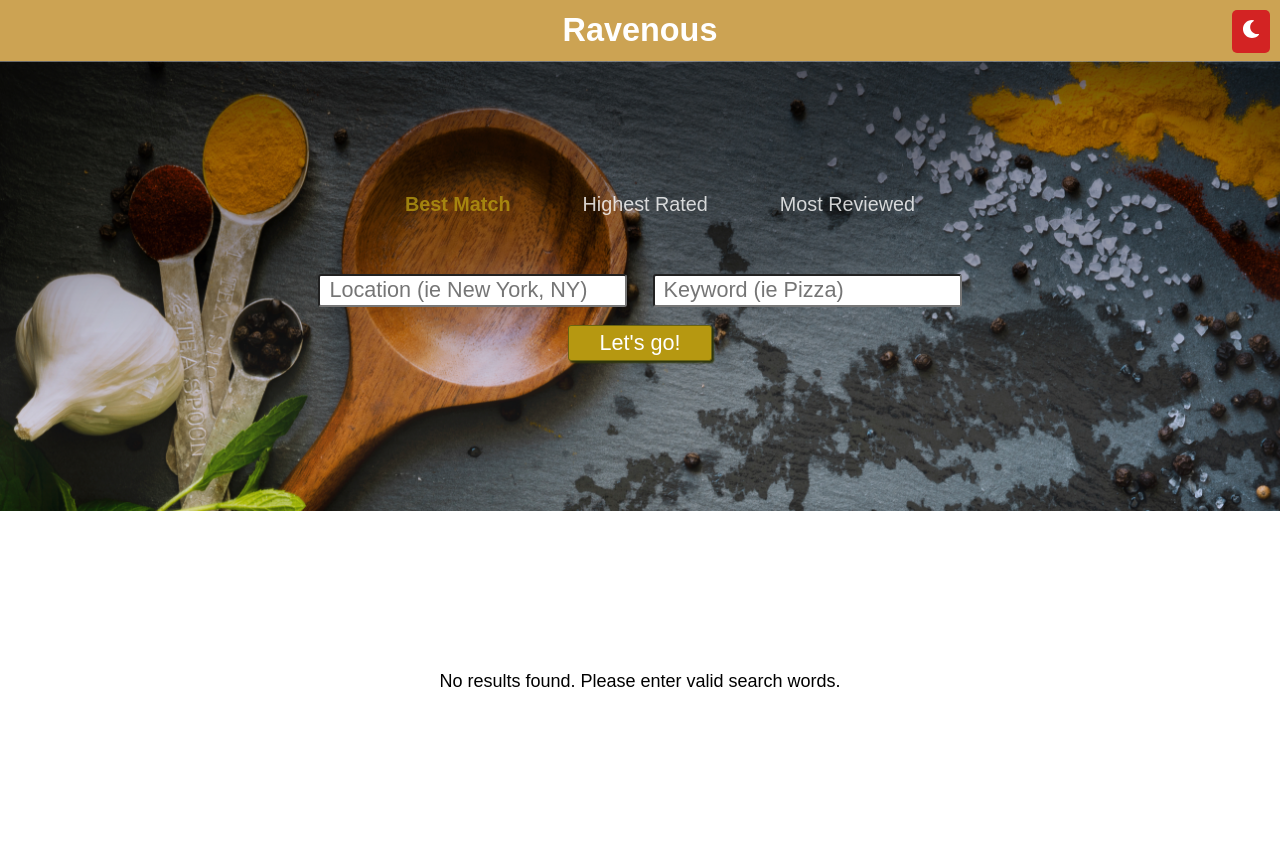
Repository: LolaSL/Ravenous
Page: /
The author's editor kept a copy of each file at every save. The page is drawn from the files as they stood at one save, then again after a run of saves.
The browser window is 1280 px wide. The pictures show the whole page.
The page's requests for data from a server got no answer. The project was rebuilt for these pictures with package versions that can differ from the ones it lists, and the page was loaded fresh each time. No one was signed in, and anything a server would have sent is missing. Also part of the build but not shown: src/Business/Business.js.

Above is the page before, as saved 2024-03-24 12:57:36.

After the next 2 saves:
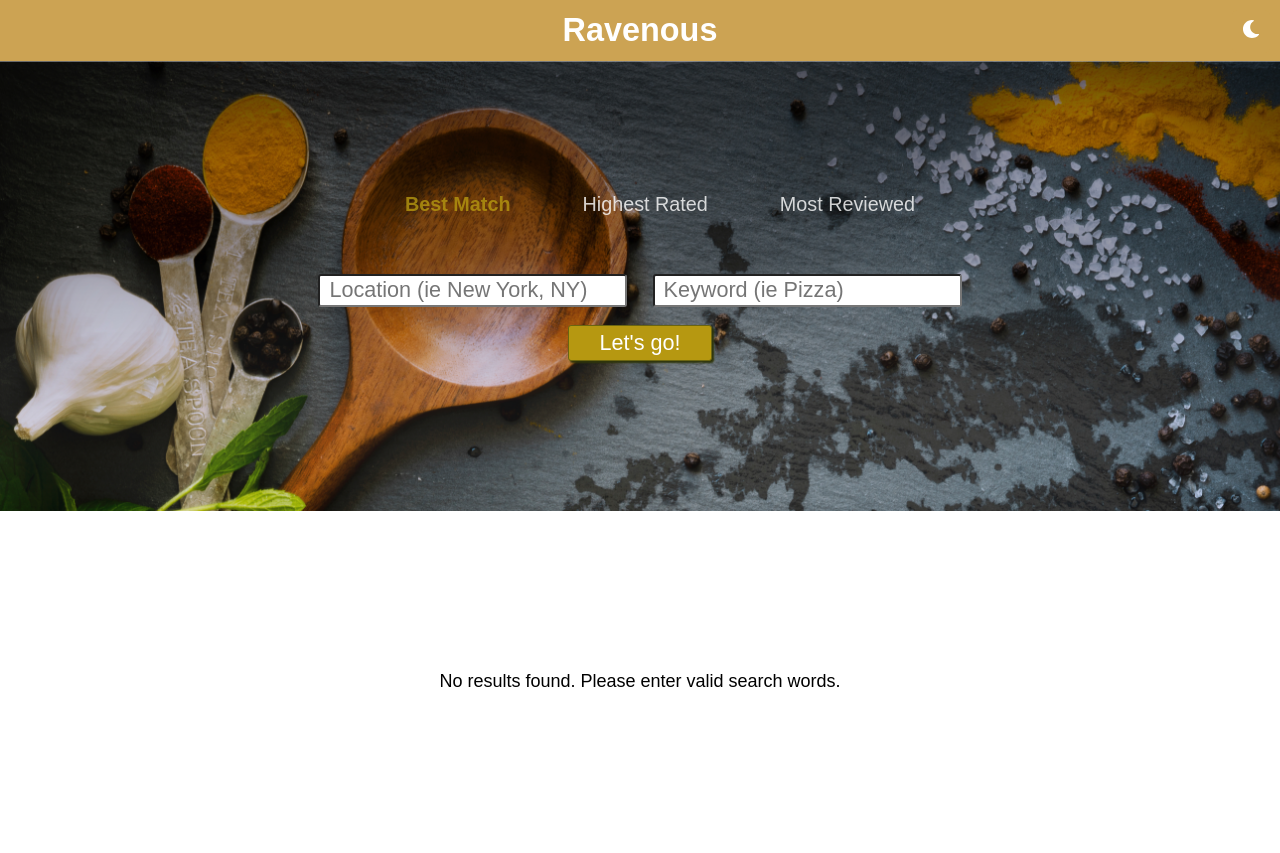
The 2 saves are shown as one change because they came seconds apart.
The last was saved 49 s later.
--- a/src/App.css
+++ b/src/App.css
@@ -42,7 +42,7 @@ input:focus {
   padding: 10px;
   border: none;
   border-radius: 5px;
-  background-color: #d32323;
+  background-color: #cca353;
   color: #fff;
   font-size: 1rem;
   font-weight: 550;
